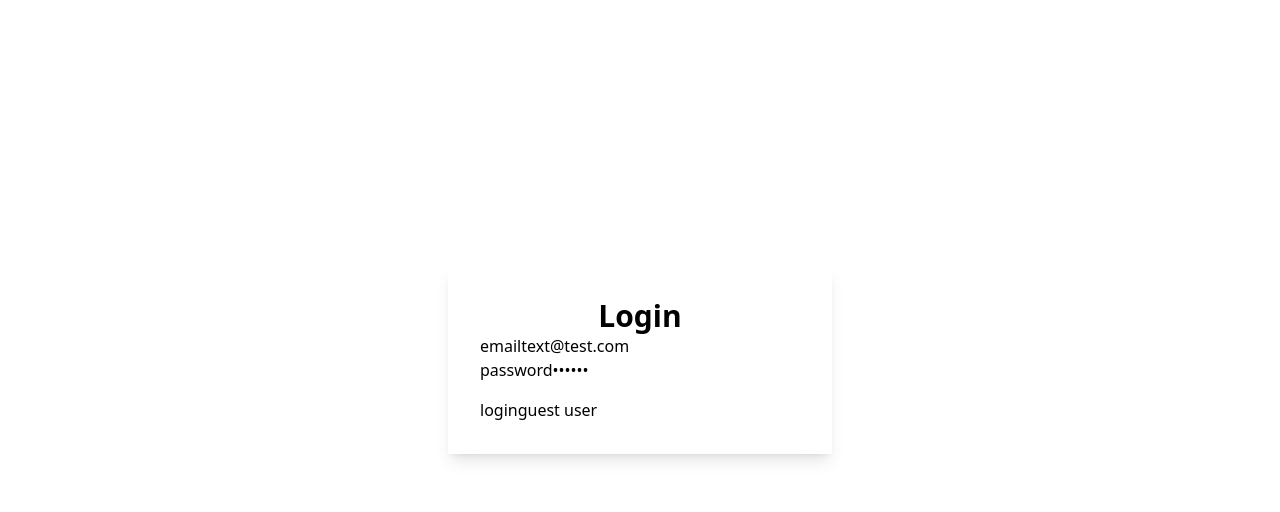
Repository: dydals3440/cool-store
Page: /login
The author's editor kept a copy of each file at every save. The page is drawn from the files as they stood at one save, then again after the next save.
The browser window is 1280 px wide. The pictures show the whole page.
The project was rebuilt for these pictures with package versions that can differ from the ones it lists, and the page was loaded fresh each time. Also part of the build but not shown: vite.config.js, src/pages/About.jsx, src/pages/Cart.jsx, src/pages/Checkout.jsx, src/pages/Error.jsx, src/pages/HomeLayout.jsx, src/pages/Landing.jsx, src/pages/Products.jsx and 2 more. Imported but missing from the stored project, and not drawn on this page: src/pages/Orders.

Above is the page before, as saved 2023-09-17 19:56:14.

After the next save:
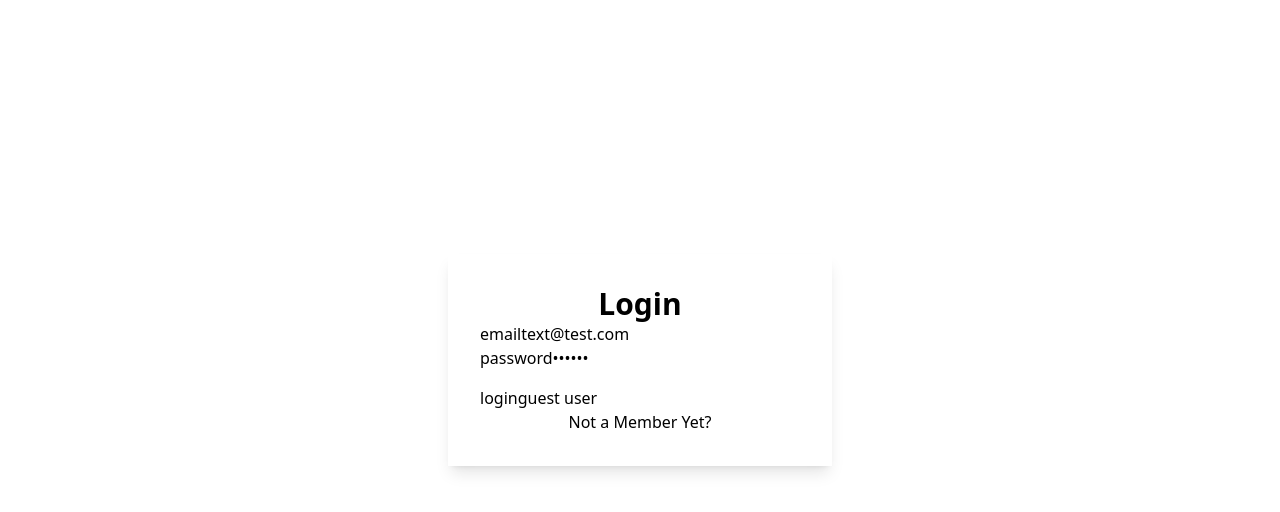
Saved 18 s later.
--- a/src/pages/Login.jsx
+++ b/src/pages/Login.jsx
@@ -28,7 +28,9 @@ const Login = () => {
           <button type='button' className='btn btn-secondary btn-block'>
             guest user
           </button>
-          <p className='text-center'></p>
+          <p className='text-center'>
+            Not a Member Yet? <Link to='/register'></Link>
+          </p>
         </div>
       </Form>
     </section>
